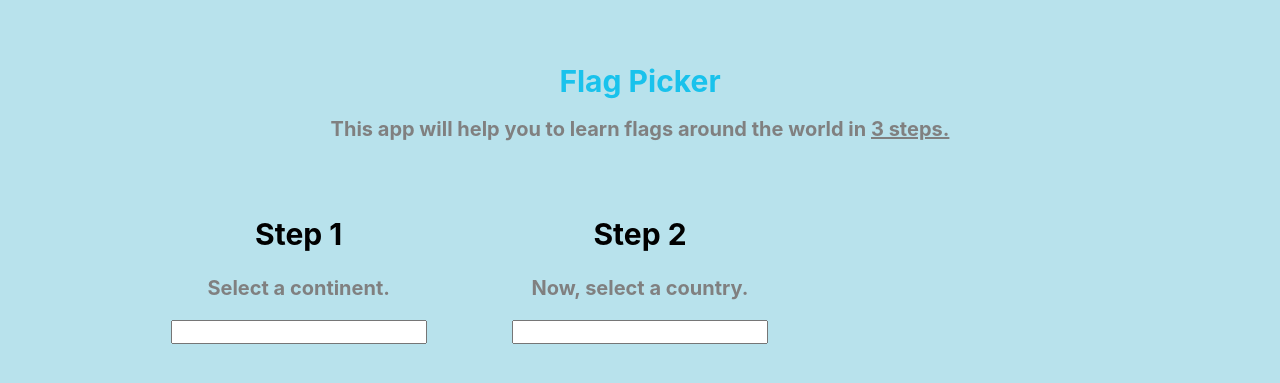
Repository: paras-shah/flag-app
Page: /
The author's editor kept a copy of each file at every save. The page is drawn from the files as they stood at one save, then again after the next save.
The browser window is 1280 px wide. The pictures show the whole page.
The project was rebuilt for these pictures with package versions that can differ from the ones it lists, and the page was loaded fresh each time.

Above is the page before, as saved 2020-02-11 21:53:53.

After the next save:
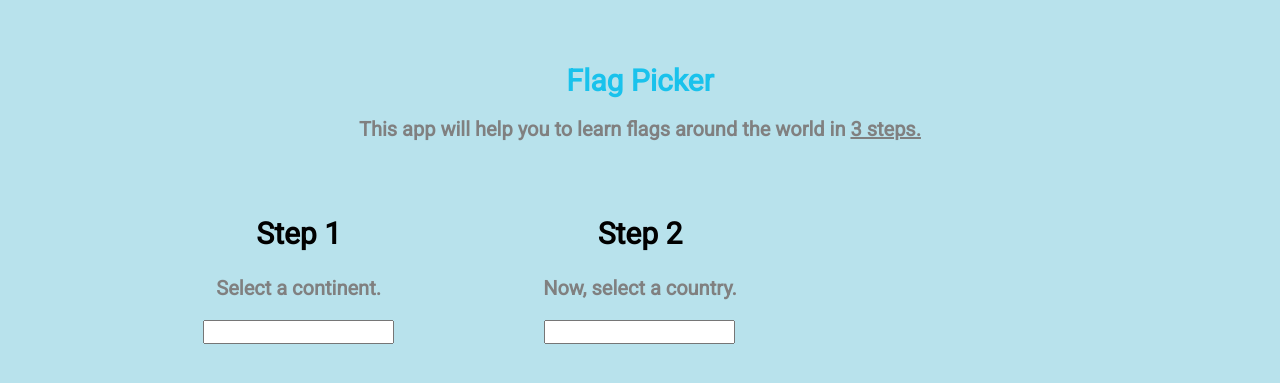
Saved 7 min 43 s later.
--- a/src/style/index.css
+++ b/src/style/index.css
@@ -12,7 +12,8 @@ body {
 	margin: 1% auto;
 	padding: 10px;
 	text-align: center;
-	width: 80%;
+  width: 80%;
+  font-family: "Roboto";
 }
 
 header {
